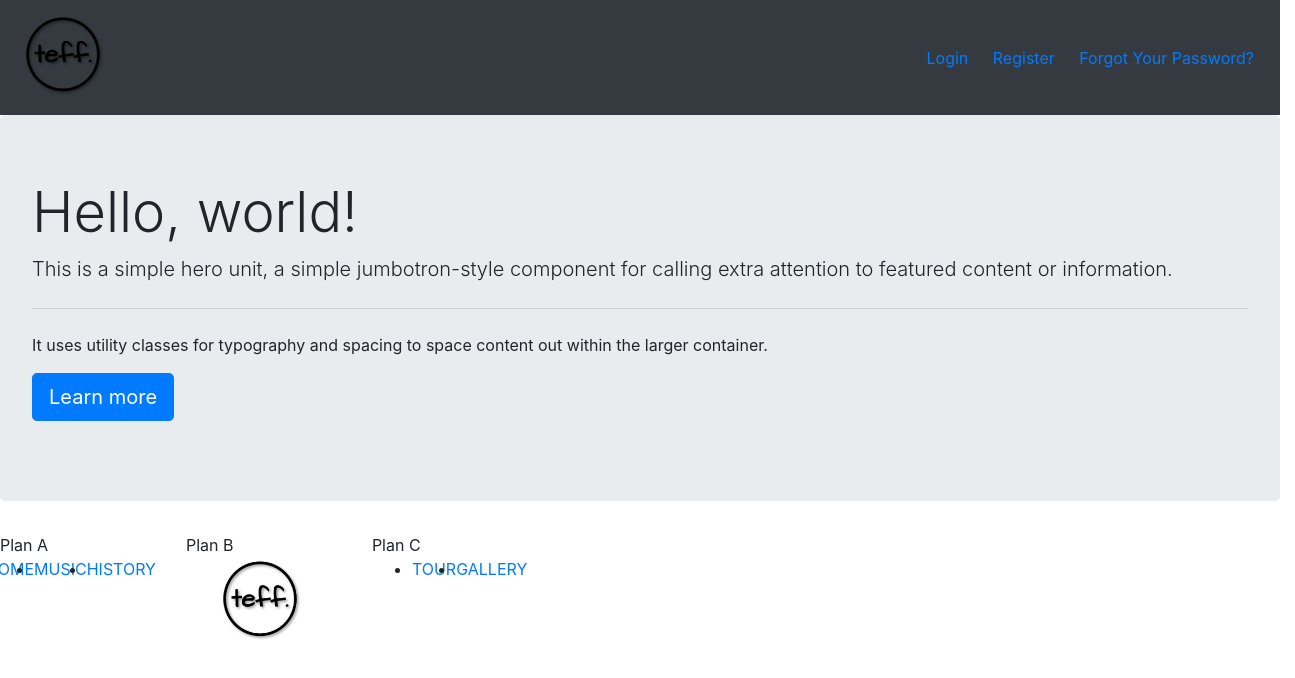
Repository: SamLookingGlass/FullStackDevelopment-Project
Page: accounts/templates/index.html
The author's editor kept a record of every edit. The page is drawn from the files as they stood at one moment, then again after the next edit.
The browser window is 1280 px wide. The page is 1295 px wide, so the pictures cover 1295 px, including what lies to the right of the window. The pictures show the whole page.
The page is served by the project's application, run on Django 2.2 (manage.py). Other server files are loaded and not shown. The template is opened directly, without the code that normally fills it, so the values that code supplies are empty.

Above is the page before.

### accounts/templates/index.html
{% extends 'base.html' %}

{% load static %}

{% block page_title %}Home Page{% endblock %}

{% block content %}

<div class="container-fluid">
    <div class="row d-lg-flex">
        <div class="col-lg-4">
        Plan A
        </div>

        <div class="col-lg-4">
        Plan B
        </div>

        <div class="col-lg-4">
        Plan C
        </div>
    </div>
</div>


 <div class="container-fluid">
            <div class="row d-lg-flex">
                <div class="col-md-4 navnew navleft d-flex justify-content-end">
                    <ul class="d-flex">
                        <li><a href="home.html">HOME</a></li>
                        <li><a href="music.html">MUSIC</a></li>
                        <li id="active"><a href="history.html">HISTORY</a></li>
                    </ul>
                </div>
                <div class="col-md-4 d-lg-flex justify-content-center">
                    <a class="" href="home.html">
                     <img id="navlogo" class="img-fluid" src="images/logo/logo.png" alt="Quests Logo">
                </a>
                </div>
                <div class="col-md-4 d-lg-flex justify-content-start">
                    <ul class="d-flex">
                        <li><a href="tour.html">TOUR</a></li>
                        <li><a href="gallery.html">GALLERY</a></li>
                    </ul>
                </div>
            </div>
        </div>


{% endblock %}

### templates/base.html
<!DOCTYPE html>
<html lang="en">

<head>
    <meta charset="UTF-8">
    <meta name="viewport" content="width=device-width, initial-scale=1.0">
    <meta http-equiv="X-UA-Compatible" content="ie=edge">
    <title>{% block page_title %}{% endblock %}</title>
    {% load static %}
    <!-- Own Stylesheet -->
    <link rel="stylesheet" href="{% static 'css/style.css' %}" type="text/css" />

    <!-- Bootstrap CSS CDN-->
    <link rel="stylesheet" href="https://maxcdn.bootstrapcdn.com/bootstrap/4.0.0/css/bootstrap.min.css" integrity="sha384-Gn5384xqQ1aoWXA+058RXPxPg6fy4IWvTNh0E263XmFcJlSAwiGgFAW/dAiS6JXm" crossorigin="anonymous">

    <!-- Google Fonts CSS CDN-->
    <link href="https://fonts.googleapis.com/css?family=Fjalla+One&display=swap" rel="stylesheet">
    <link href="https://fonts.googleapis.com/css?family=Amatic+SC&display=swap" rel="stylesheet">
    <link href="https://fonts.googleapis.com/css?family=Playfair+Display&display=swap" rel="stylesheet">

    <!-- Font Awesome CSS CDN-->
    <link rel="stylesheet" href="https://cdnjs.cloudflare.com/ajax/libs/font-awesome/4.7.0/css/font-awesome.min.css">

</head>

<body>

    <nav class="navbar navbar-dark bg-dark justify-content-between">
        <a href="/" class="navbar-brand"><img id="navlogo" class="img-fluid" src="{% static 'images/logo.png' %}" alt="Teff Logo"></a>

        <div class="d-inline">
            <ul id="navstyle" class="d-inline">
                {% if not user.is_authenticated %}
                <li class="d-inline"><a href="{% url 'login' %}">Login</a></li>
                <li class="d-inline"><a href="{% url 'register' %}">Register</a></li>
                <li class="d-inline"><a href="/password_reset">Forgot Your Password?</a></li>
                {% endif %} {% if user.is_authenticated %}
                <li class="d-inline">Profile</li>
                <li class="d-inline"><a href="{% url 'logout' %}">Logout</a></li>

                {% endif %}
            </ul>
        </div>
    </nav>


    <section>
        <div class="jumbotron">
            <h1 class="display-4">Hello, world!</h1>
            <p class="lead">This is a simple hero unit, a simple jumbotron-style component for calling extra attention to featured content or information.</p>
            <hr class="my-4">
            <p>It uses utility classes for typography and spacing to space content out within the larger container.</p>
            <p class="lead">
                <a class="btn btn-primary btn-lg" href="#" role="button">Learn more</a>
            </p>
        </div>
    </section>

    <div class="row d-lg-flex">
        {% if messages %}
        <div>
            {% for message in messages %} {{ message }} {% endfor %}
        </div>
        {% endif %}


        <h1>{% block page_heading %}{% endblock %}</h1>
        <div>
            {% block content %}{% endblock %}
        </div>
    </div>


</body>

</html>

### teffwebsite/urls.py
"""teffwebsite URL Configuration

The `urlpatterns` list routes URLs to views. For more information please see:
    https://docs.djangoproject.com/en/2.2/topics/http/urls/
Examples:
Function views
    1. Add an import:  from my_app import views
    2. Add a URL to urlpatterns:  path('', views.home, name='home')
Class-based views
    1. Add an import:  from other_app.views import Home
    2. Add a URL to urlpatterns:  path('', Home.as_view(), name='home')
Including another URLconf
    1. Import the include() function: from django.urls import include, path
    2. Add a URL to urlpatterns:  path('blog/', include('blog.urls'))
"""
from django.contrib import admin
from django.urls import path, include

urlpatterns = [
    path('admin/', admin.site.urls),
    path('', include('accounts.urls')),
    path('', include('django.contrib.auth.urls')),
]

### accounts/urls.py
from django.urls import path, include
from accounts.views import index, logout, login, profile, register

urlpatterns = [
    path('', index, name='index'),
    path('logout/', logout, name='logout'),
    path('login/', login, name='login'),
    path('profile/', profile),
    path('register/', register, name='register')
]

### static/css/style.css
body {
    background-color: yellow;
}



/*Navbar*/
#navstyle li {
    margin:10px;

}

#navlogo {
    width:8vw;
    height:100%;
}

After the next edit:
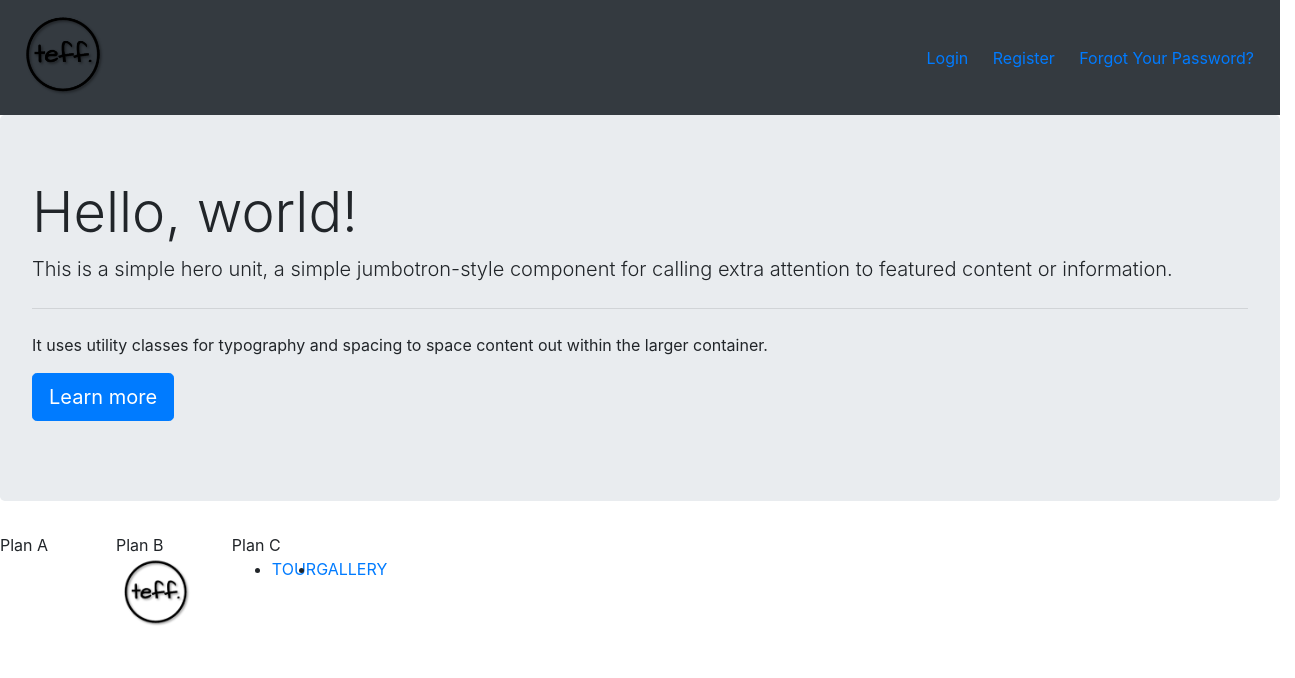
The edit:
--- a/accounts/templates/index.html
+++ b/accounts/templates/index.html
@@ -26,11 +26,6 @@
  <div class="container-fluid">
             <div class="row d-lg-flex">
                 <div class="col-md-4 navnew navleft d-flex justify-content-end">
-                    <ul class="d-flex">
-                        <li><a href="home.html">HOME</a></li>
-                        <li><a href="music.html">MUSIC</a></li>
-                        <li id="active"><a href="history.html">HISTORY</a></li>
-                    </ul>
                 </div>
                 <div class="col-md-4 d-lg-flex justify-content-center">
                     <a class="" href="home.html">
